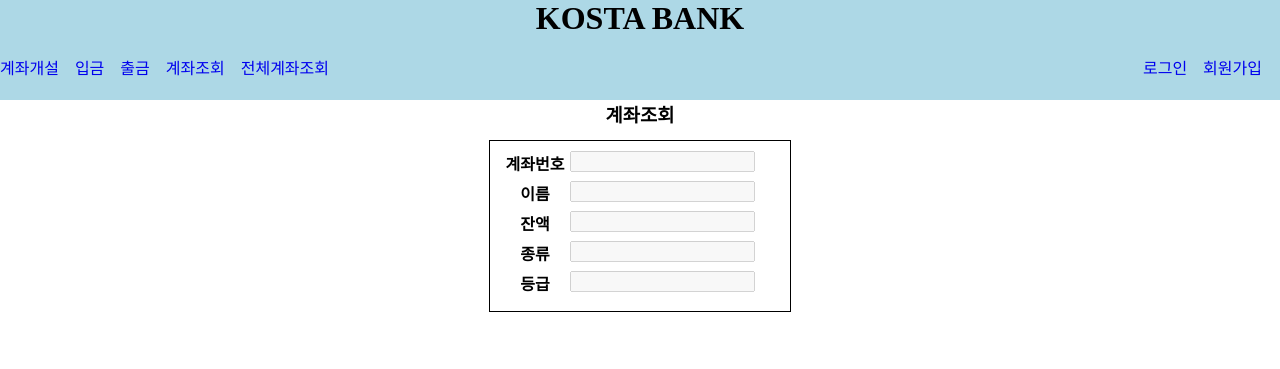
Repository: serendipity63/Springboot-workspace
Page: http://localhost/bankboot/WEB-INF/views/accountinfo.jsp
An editor plug-in stored every save of this project. The page is shown before and after the next save, followed by the edit.
The browser window is 1280 px wide. The pictures show the whole page.
The page is served by Tomcat 9. Nobody is signed in. Other server files are loaded and not shown. The template is opened directly, without the code that normally fills it, so the values that code supplies are empty.

Above is the page before, as saved 2023-11-09 08:22:17.

### bankboot/src/main/webapp/WEB-INF/views/accountinfo.jsp
<%@ page language="java" contentType="text/html; charset=UTF-8"
	pageEncoding="UTF-8"%>
<%@ taglib prefix="c" uri="http://java.sun.com/jsp/jstl/core" %>

<%-- <%@ page import="dto.Account"%>
<%
	Account acc = (Account) request.getAttribute("acc");
%> --%>
<!DOCTYPE html>
<html>
<head>
<meta charset="UTF-8">
<title>Insert title here</title>
<style>
body {
	margin: 0 auto;
}

.container {
	padding: 10px;
	border: 1px solid;
	width: 280px;
}

.header {
	height: 40px;
}

.row {
	height: 30px;
}

.title {
	width: 70px;
	float: left;
	font-weight: bold;
}

.input {
	float: left;
}

input[type='submit'] {
	font-weight: bold;
	width: 120px;
	background-color: lightgrey;
}
</style>
</head>
<body>
<jsp:include page="header.jsp"/>
<%-- <% pageContext.include("header.jsp"); %>
 --%>
	<center>
		<div class="header">
			<h3>계좌조회</h3>
		</div>
		<div class="container" id='result'>
			<div class="row">
				<div class="title">계좌번호</div>
				<div class="input">
					<input type="text" name="id" id='id' disabled value= "${acc.id }">
				</div>
			</div>
			<div class="row">
				<div class="title">이름</div>
				<div class="input">
					<input type="text" name="name" id='name' disabled value= "${acc.name }" >

				</div>
			</div>
			<div class="row">
				<div class="title">잔액</div>
				<div class="input">
					<input type="text" name="money" id='money' disabled value= "${acc.balance }" >
				</div>
			</div>
			<div class="row">
				<div class="title">종류</div>
				<div class="input">
					<input type="text" name="type" id='type' disabled value="${acc.type }">
				</div>
			</div>
			<div class="row">
				<div class="title">등급</div>
				<div class="input">
					<input type="text" name="grade" id='grade' disabled value="${acc.grade }">
				</div>
			</div>
		</div>
	</center>
</body>
</html>

### bankboot/src/main/webapp/WEB-INF/views/header.jsp
<%@ page language="java" contentType="text/html; charset=UTF-8"
	pageEncoding="UTF-8"%>
<%@ taglib prefix="c" uri="http://java.sun.com/jsp/jstl/core"%>
<%@ page import="com.kosta.bank.dto.Member"%>
<%
Member member = (Member) request.getAttribute("member");
Member member2 = (Member) session.getAttribute("member");
%>
<!DOCTYPE html>
<style>
* {
	margin: 0 auto;
}

a {
	text-decoration: none;
}

.outerDiv {
	width: 100%;
	height: 100px;
	background-color: #ADD8E6;
}
</style>
<div class="outerDiv">
	<h1 style="text-align: center;">KOSTA BANK</h1><br>
	<div class="innerDiv">
		<div style="float: left; margin-right: 10px;">
			<a href="makeaccount">계좌개설 </a> &nbsp;&nbsp; <a href="deposit">입금
			</a> &nbsp;&nbsp; <a href="withdraw">출금 </a> &nbsp;&nbsp; <a
				href="accountinfo">계좌조회 </a> &nbsp;&nbsp; <a href="allaccountinfo">전체계좌조회
			</a>&nbsp;&nbsp;
		</div>
		<div style="float: right; margin-right: 10px;">

			<c:choose>
				<c:when test="${user eq Empty }">
					<a href="login">로그인</a> &nbsp;&nbsp;
				</c:when>
				<c:otherwise>
				${user.id }님 환영합니다&nbsp;&nbsp;<a href="logout">로그아웃</a>&nbsp;&nbsp;
			</c:otherwise>
			</c:choose>
			<a href="join">회원가입</a>&nbsp;&nbsp;
		</div>
	</div>
</div>

After the next save:
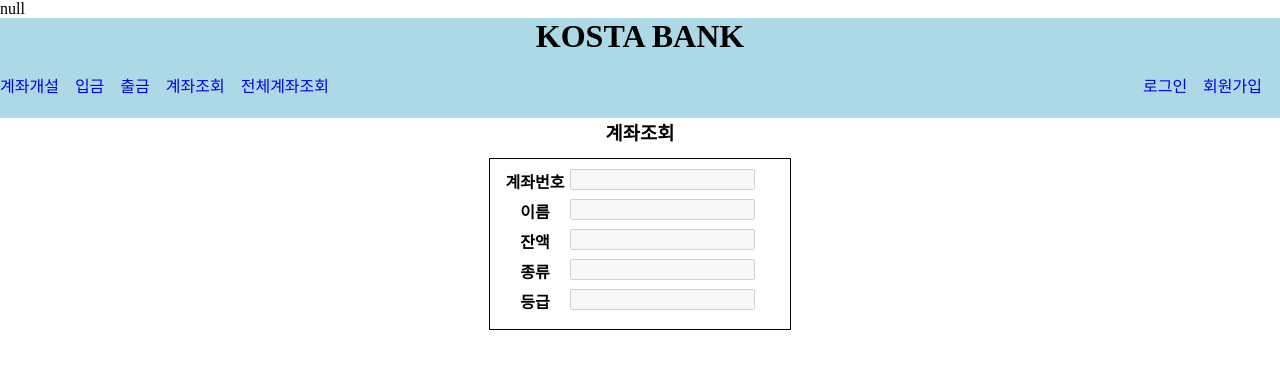
Saved 13 s later.
--- a/bankboot/src/main/webapp/WEB-INF/views/header.jsp
+++ b/bankboot/src/main/webapp/WEB-INF/views/header.jsp
@@ -3,8 +3,9 @@
 <%@ taglib prefix="c" uri="http://java.sun.com/jsp/jstl/core"%>
 <%@ page import="com.kosta.bank.dto.Member"%>
 <%
-Member member = (Member) request.getAttribute("member");
+Member member1 = (Member) request.getAttribute("member");
 Member member2 = (Member) session.getAttribute("member");
+out.print(member1);
 %>
 <!DOCTYPE html>
 <style>
